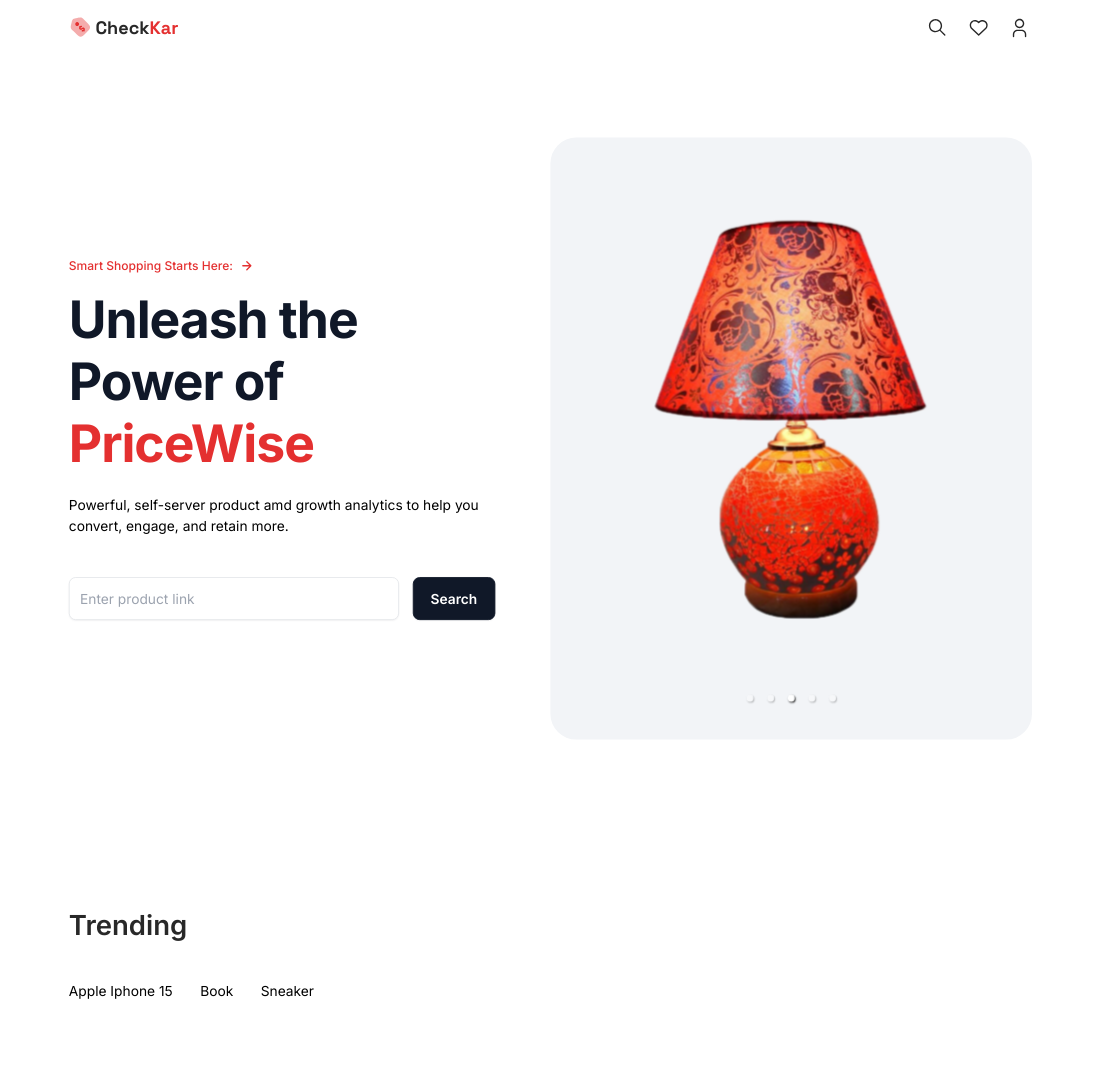
Repository: sahildhargave/price_compare
Page: /
The author's editor kept a copy of each file at every save. The page is drawn from the files as they stood at one save, then again after the next save.
The browser window is 1280 px wide. The pictures show the whole page, at 86% of full size.
The project was rebuilt for these pictures with package versions that can differ from the ones it lists, and the page was loaded fresh each time. The framework's server and built-in components were replaced by stand-ins that run in the browser. Also part of the build but not shown: next.config.js.

Above is the page before, as saved 2023-12-18 14:31:02.

After the next save:
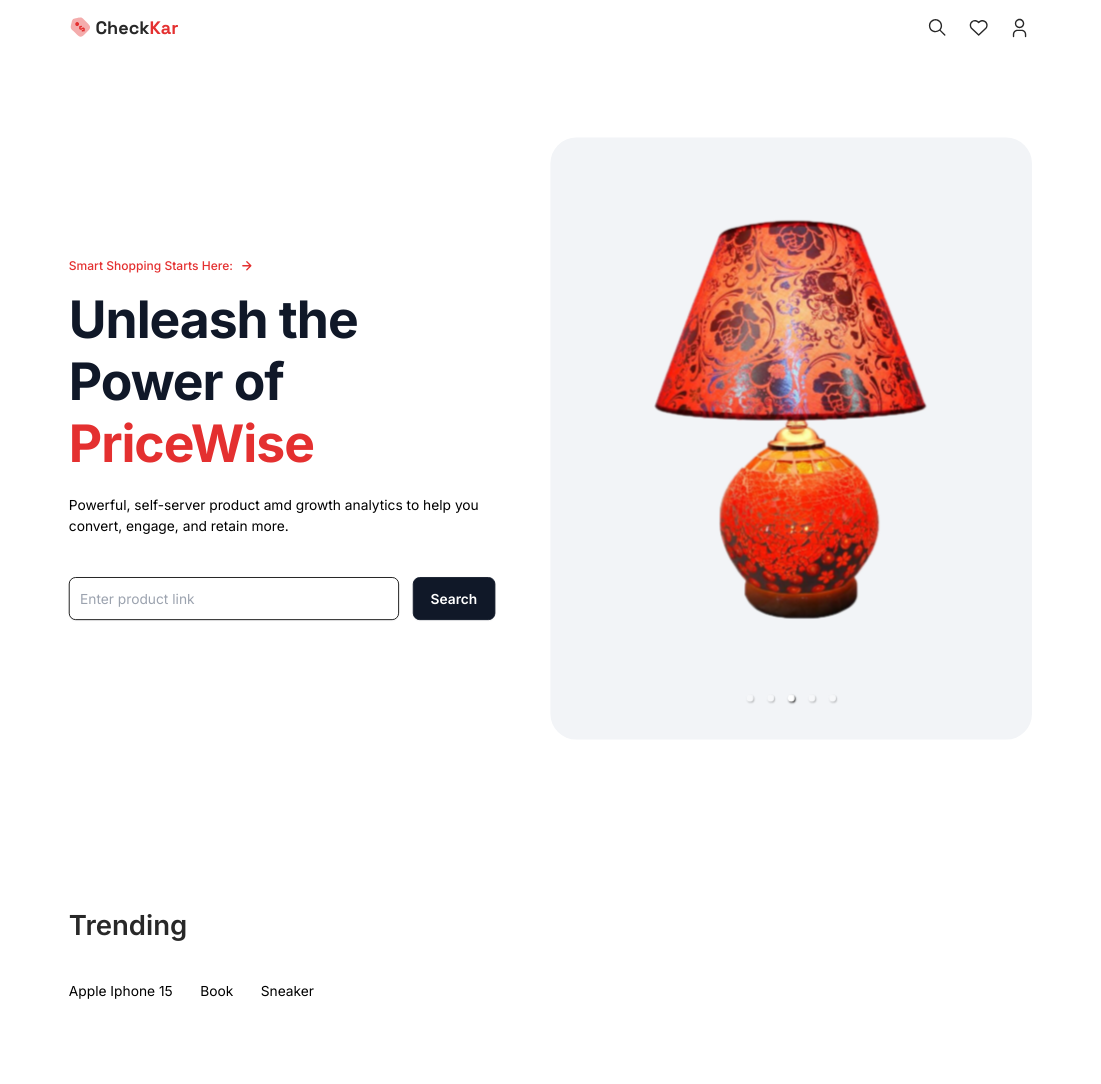
Saved 14 s later.
--- a/components/Searchbar.tsx
+++ b/components/Searchbar.tsx
@@ -13,7 +13,7 @@
 		<input
 		type="text"
 		placeholder='Enter product link'
-		className='searchbar-input border-black-300 focus:ring-blue-500 focus:border-blue-500 dark:bg-gray-700 dark:border-gray-600 dark:placeholder-gray-400 dark:text-white dark:focus:ring-blue-500 dark:focus:border-blue-500'
+		className='searchbar-input border-black focus:ring-blue-500 focus:border-blue-500 dark:bg-gray-700 dark:border-gray-600 dark:placeholder-gray-400 dark:text-white dark:focus:ring-blue-500 dark:focus:border-blue-500'
 		/>
 		<button type="submit" className='searchbar-btn '>
 			Search
